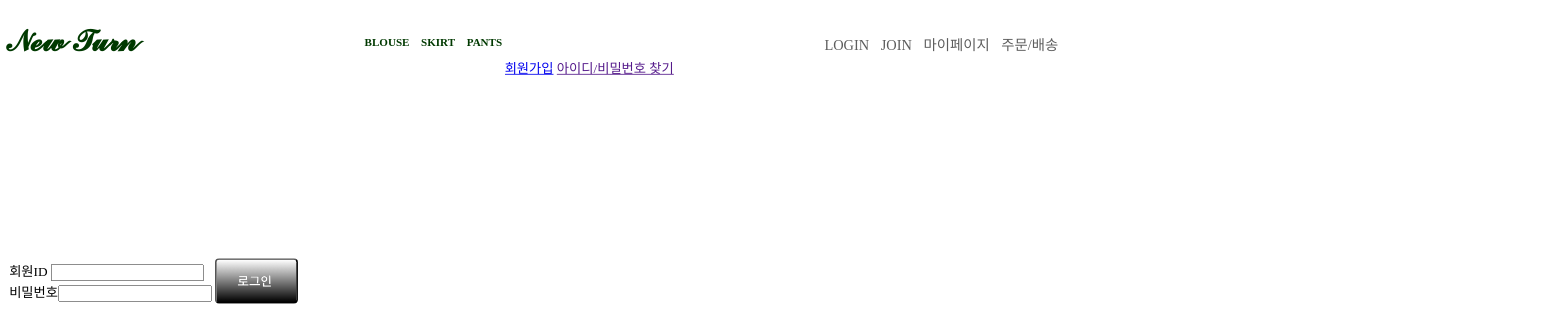
Repository: won0108/Port-Folio
Page: Creating_Homepage/Shopping/WebContent/Login.html
The author's editor kept a copy of each file at every save. The page is drawn from the files as they stood at one save, then again after the next save.
The browser window is 1280 px wide. The page is 1872 px wide, so the pictures cover 1872 px, including what lies to the right of the window. The pictures show the whole page, at 83% of full size.

Above is the page before, as saved 2020-12-03 06:52:36.

After the next save:
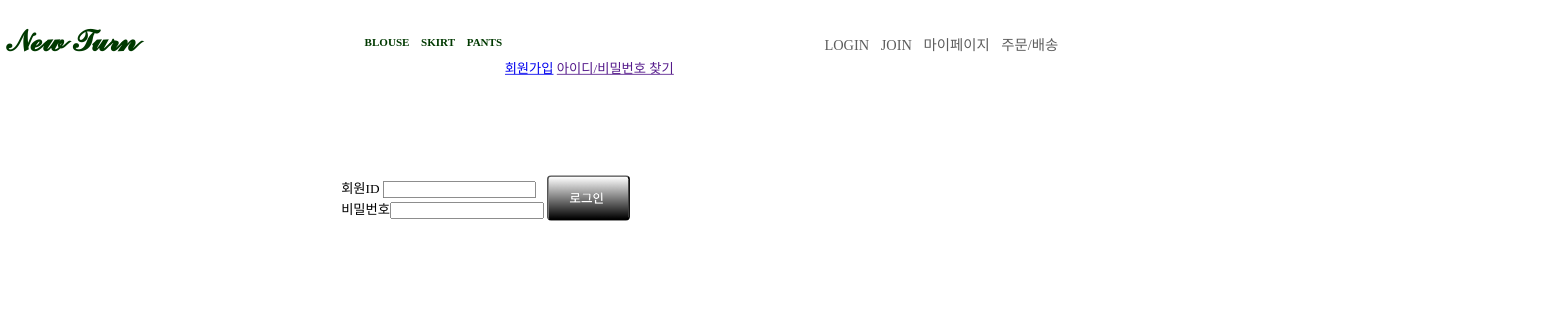
Saved 31 s later.
--- a/Creating_Homepage/Shopping/WebContent/Login.html
+++ b/Creating_Homepage/Shopping/WebContent/Login.html
@@ -89,7 +89,7 @@ border-radius:5px;
 			<li><a href="pants.html">PANTS</a></li>
 		</ul>
 	</div>
-  	<table style="position:relative; top: 300px;">
+  	<table style="position:relative; top: 200px; left: 400px;">
 	  	<tr>
 	  		<td>회원ID <input type="text" name="id">
 	  		<br>비밀번호<input type="password" name="pass"></td>
